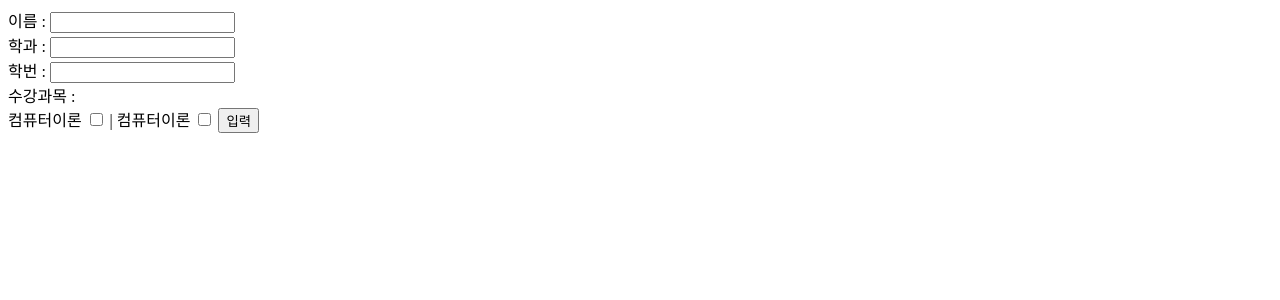
Repository: GitOnibi/jsp
Page: http://localhost/JSPprojec/school/stu_input.jsp
The author's editor kept a copy of each file at every save. The page is drawn from the files as they stood at one save, then again after the next save.
The browser window is 1280 px wide. The pictures show the whole page.
The page is served by Tomcat 9. Other server files are loaded and not shown.

Above is the page before, as saved 2019-01-07 12:53:10.

### JSPprojec/WebContent/school/stu_input.jsp
<%@ page language="java" contentType="text/html; charset=UTF-8" pageEncoding="UTF-8"%>
<!DOCTYPE html>
<html>
<head>
<meta charset="UTF-8">
<title>Insert title here</title>
</head>
<body>
	<form action="score_check.jsp" method="GET">
		이름 : <input type="text" name="stu_name" id="stu_name"/><br />
		학과 : <input type="text" name="dep_name" id="dep_name"/><br />
		학번 : <input type="number" name="stu_num" id="stu_num"/><br />
		수강과목 : <br />
		컴퓨터이론 <input type="checkbox" name="dep_ck" id="dep_ck"/> | 컴퓨터이론 <input type="checkbox" name="dep_ck" id="dep_ck"/>
		<input type="submit" value="입력"/>
	</form>
</body>
</html>

After the next save:
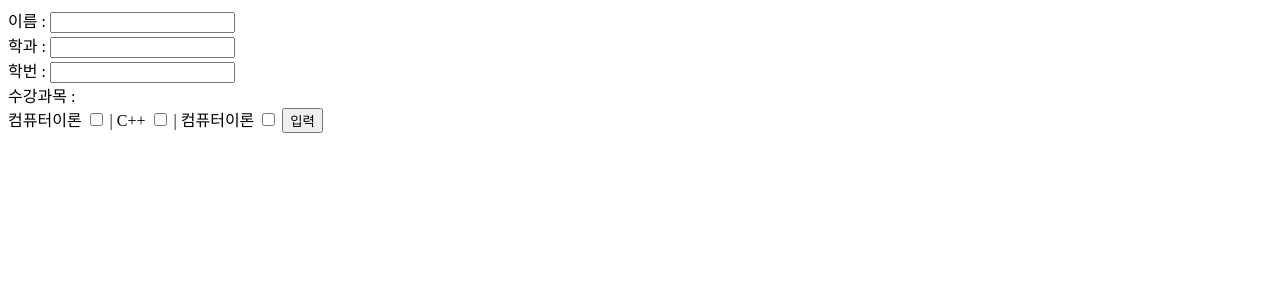
Saved 8 s later.
--- a/JSPprojec/WebContent/school/stu_input.jsp
+++ b/JSPprojec/WebContent/school/stu_input.jsp
@@ -11,7 +11,7 @@
 		학과 : <input type="text" name="dep_name" id="dep_name"/><br />
 		학번 : <input type="number" name="stu_num" id="stu_num"/><br />
 		수강과목 : <br />
-		컴퓨터이론 <input type="checkbox" name="dep_ck" id="dep_ck"/> | 컴퓨터이론 <input type="checkbox" name="dep_ck" id="dep_ck"/>
+		컴퓨터이론 <input type="checkbox" name="dep_ck" id="dep_ck"/> | C++ <input type="checkbox" name="dep_ck" id="dep_ck"/> | 컴퓨터이론 <input type="checkbox" name="dep_ck" id="dep_ck"/>
 		<input type="submit" value="입력"/>
 	</form>
 </body>
